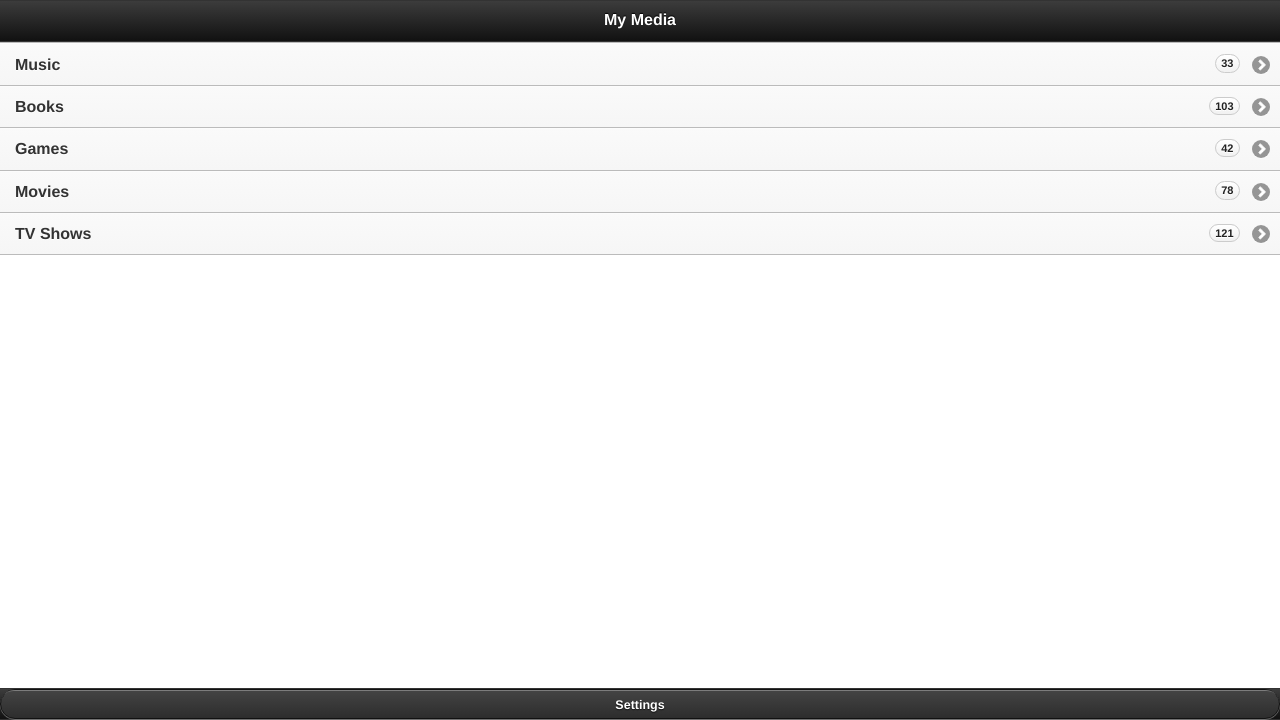
Repository: shavo0915/MediaCollectionApp
Page: MediaCollectionApp/assets/www/index.html
These files come from the project's save history. The page is drawn as it stood at one moment and after the next save; the edit follows.
The browser window is 1280 px wide. The pictures show the whole page.

Above is the page before, as saved 2013-01-30 23:34:33.

### MediaCollectionApp/assets/www/index.html
<!DOCTYPE html>
<html>
<head>
	<title>Media Collection App</title>
	<meta name="viewport" content="width=device-width, initial-scale=1">
	<link rel="stylesheet" href="jquery.mobile-1.2.0/jquery.mobile-1.2.0.css" />
	<script src="jQuery/jquery-1.8.2.js"></script>
	<script src="jquery.mobile-1.2.0/jquery.mobile-1.2.0.js"></script>
</head>
<body>

	<div data-role="page" id="myMedia" data-theme="d">

		<div data-role="header">
			<h1>My Media</h1>
		</div><!-- /header -->

		<ul data-role="listview">
			<li>
				<a href="">
					Music
					<span class="ui-li-count">33</span>
				</a>
			</li>
			<li>
				<a href="">
					Books
					<span class="ui-li-count">103</span>
				</a>
			</li>
			<li>
				<a href="">
					Games
					<span class="ui-li-count">42</span>
				</a>
			</li>
			<li>
				<a href="">
					Movies
					<span class="ui-li-count">78</span>
				</a>
			</li>
			<li>
				<a href="">
					TV Shows
					<span class="ui-li-count">121</span>
				</a>
			</li>

			<div data-role="footer" data-position="fixed">
				<a href="" data-role="button" data-theme="a" data-inline="false">Settings</a>
			</div>

		</ul>

	</div><!-- /page -->

</body>
</html>

Loaded but not shown: MediaCollectionApp/assets/www/jquery.mobile-1.2.0/jquery.mobile-1.2.0.css (library); MediaCollectionApp/assets/www/jQuery/jquery-1.8.2.js (library); MediaCollectionApp/assets/www/jquery.mobile-1.2.0/jquery.mobile-1.2.0.js (library)

After the next save:
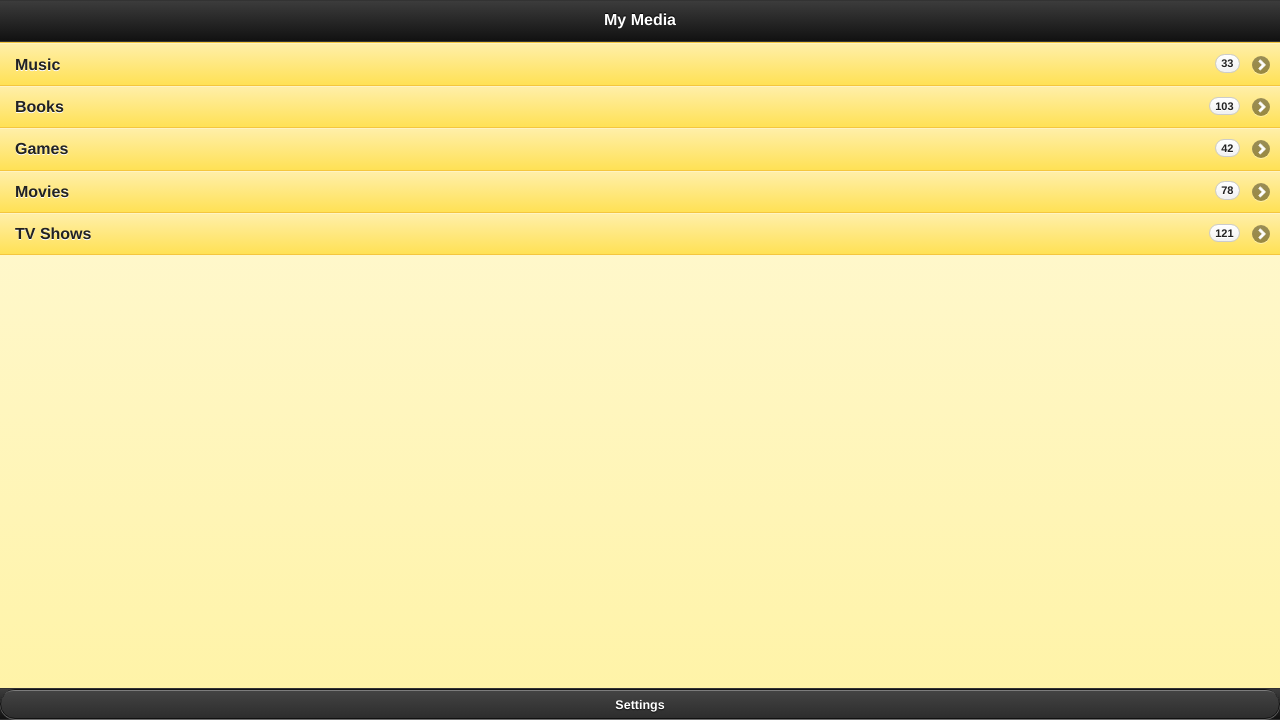
Saved 11 s later.
--- a/MediaCollectionApp/assets/www/index.html
+++ b/MediaCollectionApp/assets/www/index.html
@@ -9,7 +9,7 @@
 </head>
 <body>
 
-	<div data-role="page" id="myMedia" data-theme="d">
+	<div data-role="page" id="myMedia" data-theme="e">
 
 		<div data-role="header">
 			<h1>My Media</h1>
